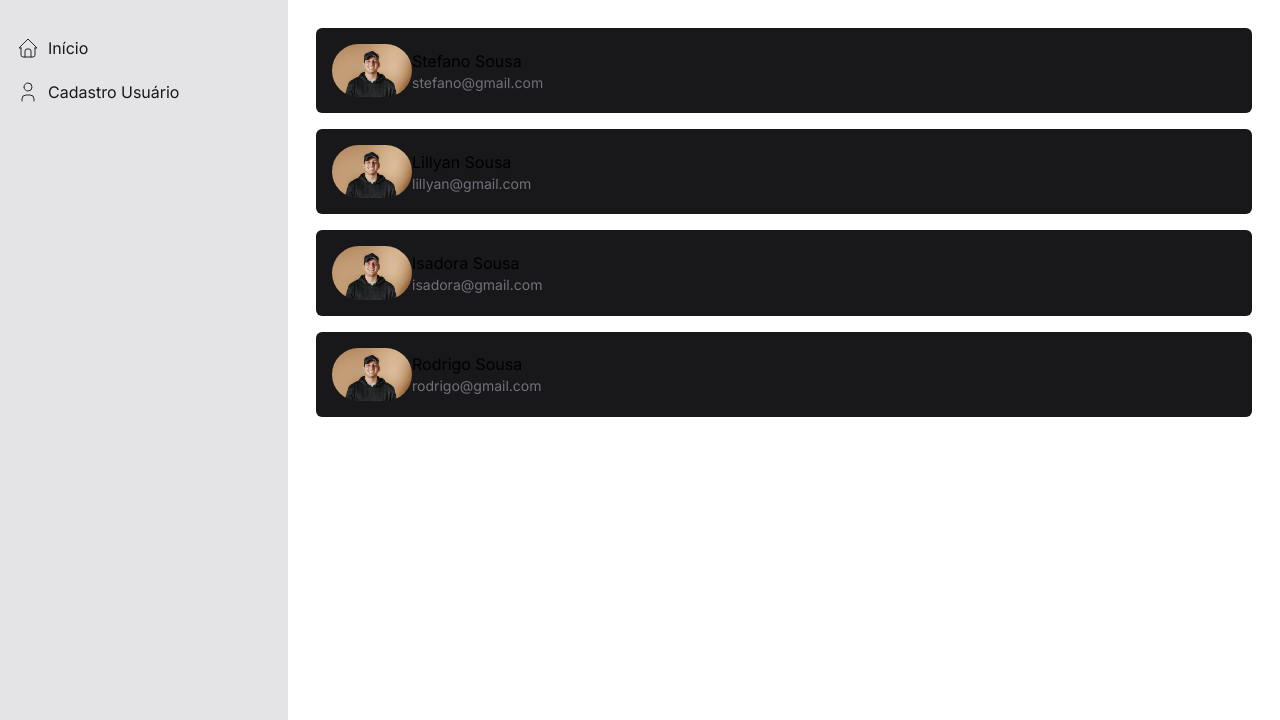
Repository: stefanosousaa/app-bd
Page: /usuarios
These files come from the project's save history. The page is drawn as it stood at one moment and after the next save; the edit follows.
The browser window is 1280 px wide. The pictures show the whole page.
The project was rebuilt for these pictures with package versions that can differ from the ones it lists, and the page was loaded fresh each time. The framework's server and built-in components were replaced by stand-ins that run in the browser. Also part of the build but not shown: next.config.mjs.

Above is the page before, as saved 2024-05-25 23:47:59.

### src/app/(internas)/usuarios/page.tsx
import Pagina from "@/app/components/template/Pagina";
import ListaUsuario from "@/app/components/usuario/ListaUsuario";


export default function Page(){
    return(
        <Pagina>
           <ListaUsuario/>
        </Pagina>
    )
}

### src/app/components/template/Pagina.tsx
import Menu from "./Menu"

export interface PaginaProps {
    children: any
}

export default function Pagina(props: PaginaProps){
    return (
     <div className="flex ">
        <Menu/>
        <main className="flex-1 p-7">{props.children}</main>

    </div>
    )

}

### src/app/components/usuario/ListaUsuario.tsx

import { Usuario } from '@/core/model/Usuario'
import usuarios from '../../data/constants/usuarios'
import LinhaUsuario from './LinhaUsuario'

export default function ListaUsuario(){
    return(
        <div className="flex flex-col gap-4">
            {usuarios.map((usuario: Usuario) => {
                return <LinhaUsuario key={usuario.id} usuario={usuario}/>
            })}

        </div>
    )
}

### src/app/components/template/Menu.tsx
import { IconHome, IconUser } from "@tabler/icons-react"
import Link from "next/link"
import MenuItem from "./MenuItem"



export default function Menu(){
    return (
    <aside className="w-72 bg-zinc-200 h-screen">
         <nav className="flex flex-col gap-1 py-7">
            <MenuItem icone={IconHome} texto="Início" url="/" />
            <MenuItem icone={IconUser} texto="Cadastro Usuário" url="/usuarios" />


         </nav>
    </aside>
    )
}

### src/app/data/constants/usuarios.ts
import { Usuario } from "@/core/model/Usuario";

const usuarios: Usuario [] = [
    {
        id: "1",
        email:"stefano@gmail.com",
        nome: "Stefano Sousa",
        senha:"123456"
    },
    {
        id: "2",
        email:"lillyan@gmail.com",
        nome: "Lillyan Sousa",
        senha:"123456"
    },
    {
        id: "3",
        email:"isadora@gmail.com",
        nome: "Isadora Sousa",
        senha:"123456"
    },
    {
        id: "4",
        email:"rodrigo@gmail.com",
        nome: "Rodrigo Sousa",
        senha:"123456"
    },
]

export default usuarios

### src/app/components/usuario/LinhaUsuario.tsx
import { Usuario } from "@/core/model/Usuario"
import Image from "next/image"

export interface LinhaUsuarioProps {
    usuario: Usuario
}

export default function LinhaUsuario(props: LinhaUsuarioProps){
    return(
        <div className="flex bg-zinc-900 items-center p-4 bg-zinc-200 rounded-md">
            <Image
            src="data:[embedded picture, 6063 characters]"
            width={80}
            height={80}
            className="rounded-full"
            alt="Avatar"
            />



            <div className=" flex flex-col">
              <span>{props.usuario.nome}</span>
              <span className="text-sm text-zinc-500">{props.usuario.email}</span>
            </div>


        </div>
    )
}

### src/app/components/template/MenuItem.tsx
import Link from "next/link"
import { ElementType } from "react"

export interface MenuItemProps{
    icone: ElementType
    texto: string
    url: string
}


export default function MenuItem(props : MenuItemProps){
    return(
        <Link href={props.url} className="flex gap-2 px-4 py-2 hover:bg-white ">
            <props.icone className= "text-zinc-800" size={24} stroke={1}/>
            <span className= "text-zinc-900">{props.texto}</span>
        </Link>
    )
}

Loaded but not shown: src/app/layout.tsx (common file); src/app/globals.css (common file); tailwind.config.ts (common file)

After the next save:
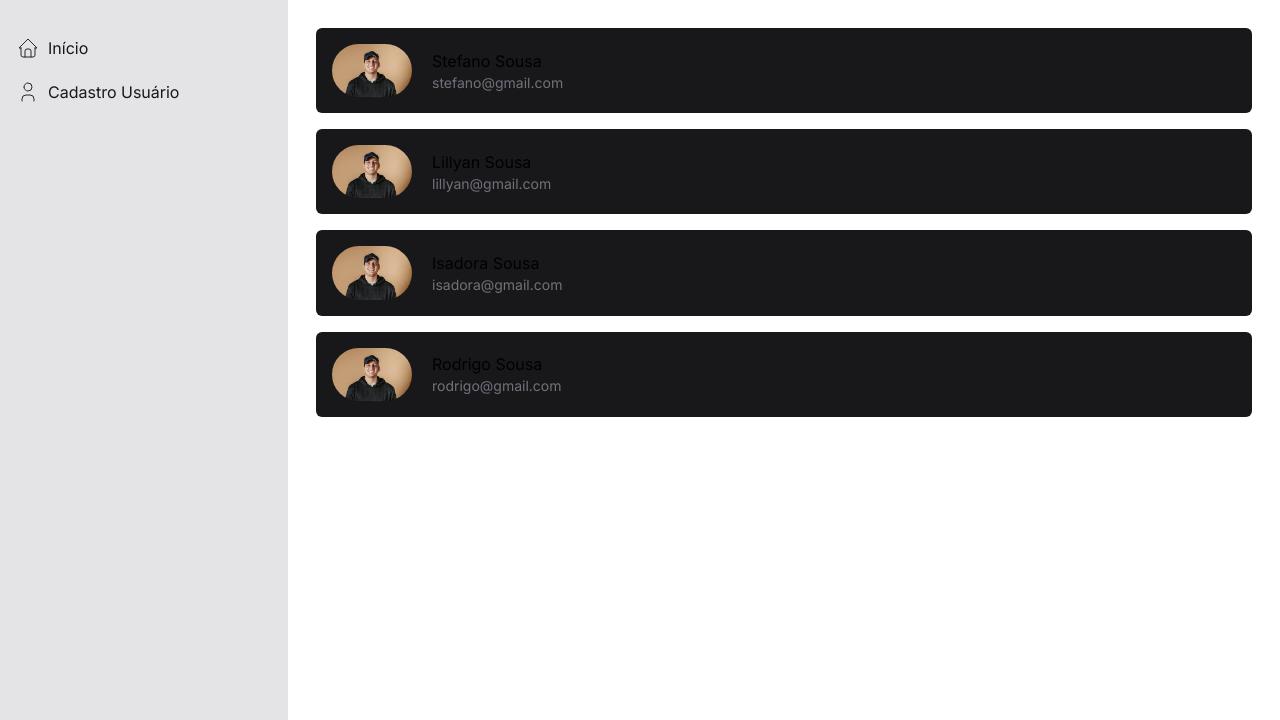
Saved 24 s later.
--- a/src/app/components/usuario/LinhaUsuario.tsx
+++ b/src/app/components/usuario/LinhaUsuario.tsx
@@ -7,7 +7,7 @@ export interface LinhaUsuarioProps {
 
 export default function LinhaUsuario(props: LinhaUsuarioProps){
     return(
-        <div className="flex bg-zinc-900 items-center p-4 bg-zinc-200 rounded-md">
+        <div className="flex bg-zinc-900 items-center gap-5 p-4 bg-zinc-200 rounded-md">
             <Image
             src="data:[embedded picture, 6063 characters]"
             width={80}
